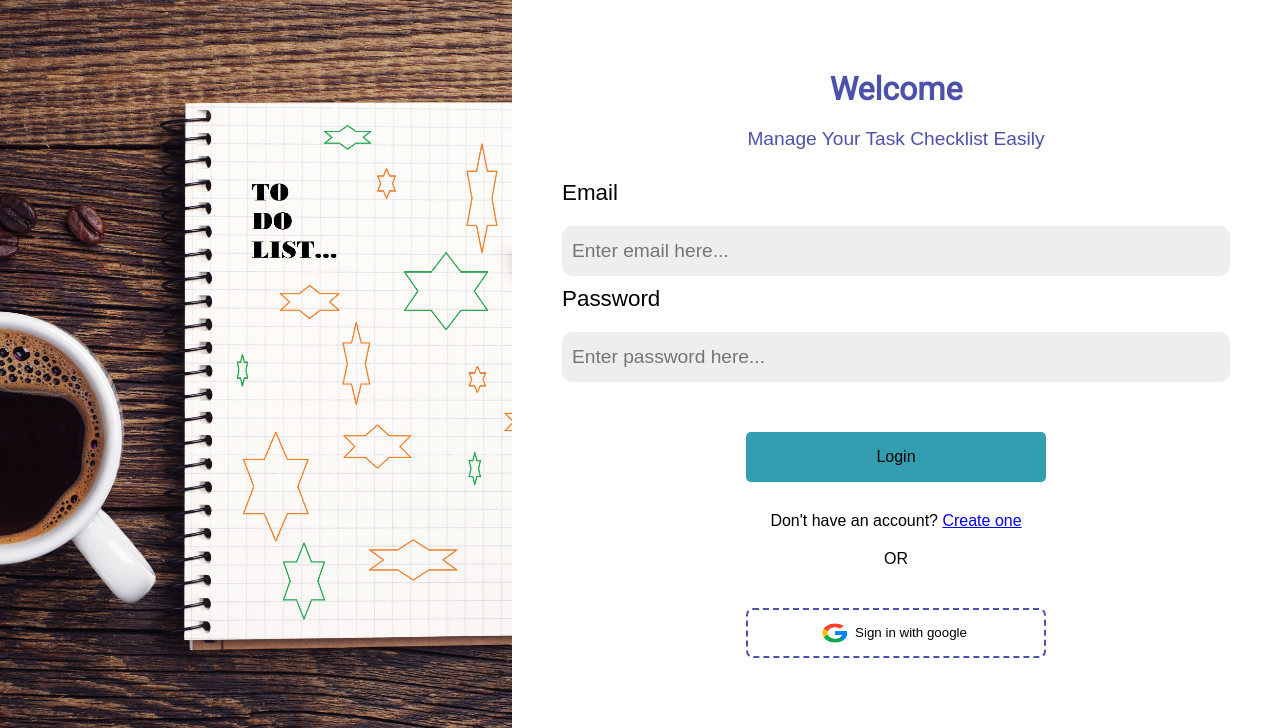
Repository: tebo27cMd/todo_App
Page: /
These files come from the project's save history. The page is drawn as it stood at one moment and after a run of saves; the edit follows.
The browser window is 1280 px wide. The pictures show the whole page.
The project was rebuilt for these pictures with package versions that can differ from the ones it lists, and the page was loaded fresh each time. Also part of the build but not shown: src/Pages/SignInPage.jsx, src/Pages/HomePage.jsx.

Above is the page before, as saved 2022-08-23 09:50:57.

### src/App.js
import React, {useState, useEffect} from 'react';
import './App.css';
import LoginPage from './Pages/LoginPage';
import SignInPage from './Pages/SignInPage';
import HomePage from './Pages/HomePage';

import {BrowserRouter as Router,Routes,Route,Link} from "react-router-dom";

//import {collection, getDocs, getDoc, doc, deleteDoc} from 'firebase/firestore'







function App() {


  const [tasks, setTasks] = useState([]);

  const addTasks = ((task, priorityType)=>{
    setTasks((tasks)=>[...tasks, {
      task:task,
      priorityType:priorityType
    }])

    console.log(tasks);
  })
  return (
    <div className="App">

      <Router>
      <Routes>
        <Route exact path="/" element = {<LoginPage/>}></Route>
        <Route path="/SignInPage" element = {<SignInPage/>}></Route>
        <Route exact path="/HomePage" element = {<HomePage/>}></Route>
      </Routes>
    </Router>

    </div>
  );
}

export default App;

### src/App.css
* {
  box-sizing: border-box;
  margin: 0;
  padding: 0;
  font-family: 'Times New Roman', Times, serif;
}

### src/Pages/LoginPage.jsx
import React, { useState } from 'react'

import './LoginPage.css';
import google from '../image/g-login.jpg'
import {Link} from 'react-router-dom'
import { signInWithEmailAndPassword} from 'firebase/auth'
import { auth } from "../Config-file/firebase";
import { useNavigate } from 'react-router-dom';


const LoginPage = () => {

  const [email, setEmail] = useState('');
  const [password, setPassword] = useState('');

  let history = useNavigate();

const SignInPage = (()=>{
  signInWithEmailAndPassword(auth, email, password).then(()=>{

      history("/HomePage");
  }).catch((error)=>{
    console.log(error);
  })
})



  return (
    <div className='LoginPage'>

        <aside></aside>

        <section>
            <h1 className='welcome'>Welcome</h1>

            <p className='paragraph1'>Manage Your Task Checklist Easily</p>

            <div className='input-control'>
                    <label htmlFor="email">Email</label>
                    <input type="email"  placeholder='Enter email here...'
                    onChange={(e)=> setEmail(e.target.value)}/>
            </div>

            <div className='input-control'>
                    <label htmlFor="password">Password</label>
                    <input type="password"  placeholder='Enter password here...'
                    onChange={(e)=> setPassword(e.target.value)}/>
            </div>

            <button className='lgnBtn' onClick={SignInPage}>Login</button>

            <p className='create'>Don't have an account? <span><Link to={"/SignInPage"}>Create one</Link></span></p>

            <h1 className='or'>OR</h1>

            <button className='signBtn'><div className='logo'><img src={google} alt="" /><span><div>Sign in with google</div></span></div></button>




        </section>

    </div>
  )
}

export default LoginPage;

### src/Pages/LoginPage.css
@import url("https://fonts.googleapis.com/css?family=Roboto&display=swap");
:root
{
    --btnGreen: #339eb1;
    --beige: beige;

}

.LoginPage{
    display: grid;
    grid-template-columns: 40% 60%;
    width: 100vw;
    height: 100vh;
    font-family:'Roboto' ;
}

.LoginPage aside{
    background: url(../Images/Ado.jpeg);
    background-size: cover;
}

.LoginPage section{
    display: flex;
    flex-direction: column;
    justify-content: center;
    align-items: center;
    padding: 50px;

}

.LoginPage .welcome{
    margin-top: 20px;
    margin-bottom: 20px;
    font-weight: bolder;
    font-size: 2em;
    font-family:'Roboto' ;
    color: #4c52ac;
}

.LoginPage .paragraph1{
    margin-bottom: 20px;
    font-size: 1.2em;
    color: #4c52ac;
}

.LoginPage .input-control{
    display: flex;
    flex-direction: column;
    align-self: flex-start;
    width: 100%;

}

.LoginPage .input-control label{
    margin-top: 10px;
    margin-bottom: 10px;
    font-size: 1.4em;

}

.LoginPage .input-control input{
    font-size: 1.2em;
    height: 50px;
    padding: 20px 10px 20px 10px;
    margin-top: 10px;
    border: none;
    border-radius: 10px;
    width: 100%;
    background-color: #eee;

}

.LoginPage button{
    width: 300px;
    height: 50px;

}
.LoginPage button:hover{
   background-color:white;

}
.LoginPage .lgnBtn{
    margin-top: 50px;
    border-radius: 5px;
    border: none;
    background-color: var(--btnGreen);
    font-size: 1em;
    cursor: pointer;
}

.LoginPage .create{

    margin-top: 30px;
}


Link{
    color: var(--btnGreen);
}

.LoginPage .or{
    font-weight: lighter;
    font-size: 1em;
    margin: 20px;
}

.LoginPage .signBtn{

    margin: 20px;
    padding-right: 20px;
    border-radius: 5px;
    border-color: #4c52ac;
    border-style:dashed;
    cursor: pointer;
    background-color: white;
    border-radius: 7px;


}

.logo{
    display: flex;
    flex-direction: row;
    justify-content: center;

}

.logo img{
    width: 50px;
    height: 30px;
    padding-left: 10px;
}

.logo span{
    padding-top: 7px;
}

### src/Config-file/firebase.js
// Import the functions you need from the SDKs you need
import { initializeApp } from "firebase/app";
import { getFirestore } from "@firebase/firestore";
import {getAuth} from 'firebase/auth';

const firebaseConfig = {
  apiKey: "AIzaSyB44VhlyOGLme-EDCUVNbbB2UbazBO3qIY",
  authDomain:  "todo-433b6.firebaseapp.com",
  projectId:"todo-433b6",
  storageBucket: "todo-433b6.appspot.com",
  messagingSenderId: "23893463738",
  appId:"1:23893463738:web:7b7d1fefeddfc1abce6883",
  measurementId: "G-QQNBP66G32"
};

// Initialize Firebase
const app = initializeApp(firebaseConfig);
const db = getFirestore(app);
const auth = getAuth(app);
export  {auth, db};

### src/css/HomePage.css


*{
    box-sizing:border-box;
    margin: 0;
    padding: 0;
    font-family: sans-serif;
}


.topPart{
    display: flex;
    justify-content: space-between;
    margin: 10px 80px;
    border-bottom: 2px solid black;

}

.topPart button{
    width: 100px;
    margin:0px 20px 5px 0px;
    border-radius: 5px;
    border: none;
    background-color: #33b18d;
    cursor: pointer;
    color: white;
    font-size: 1.2em;

}
.topPart img {
    height: 20px;
}

.topPart button:hover{
    background-color: rgba(245, 27, 27, 0.815);
    color: black;
}

.bottomPart{
    display: flex;
    flex-direction: column;
    justify-content: center;
    align-items: center;
    margin-top: 80px;
}

.bottomPart input{
    margin-right: 10px;
    height: 30px;
    width: 500px;
    padding-left: 20px;
    border: none;
    background-color: #eee;
    border-radius: 5px;

}

.bottomPart select{
    margin-right: 10px;
    height: 30px;
    width: 100px;
    border: none;
    background-color: #33b18d;
    border-radius: 5px;
}

.bottomPart button{
    height: 40px;
    width: 40px;
    border-radius: 50px;
    border: none;
    color: #eee;
    font-size: 1.6em;
    background-color: #33b18d;
    cursor: pointer;

}

.bottomPart button:hover{
    background-color: #776e7625;
    color: black;
}

.input-fields {
    display: flex;
    align-items: center;
}



/* Task list*/


.task-list{
    width: 600px;
    margin-right: 60px;
}

.item{
    display: flex;
    text-align: center;
    justify-content: space-between;
    padding: 10px;
    border-radius: 5px;
    border: none;
    box-shadow: 2px 2px 5px .5px grey;

}
.items{
    padding: 5px 0;
}

.item button{
    border: none;
    border-radius: 50px;
    width: 80px;
    height: 40px;
    background-color:white;
    font-size: 20px;
    cursor: pointer;

}


.tick img{
    width: 40px;

}

Loaded but not shown: public/index.html (common file); src/index.js (common file); src/reportWebVitals.js (common file)

After the next 2 saves:
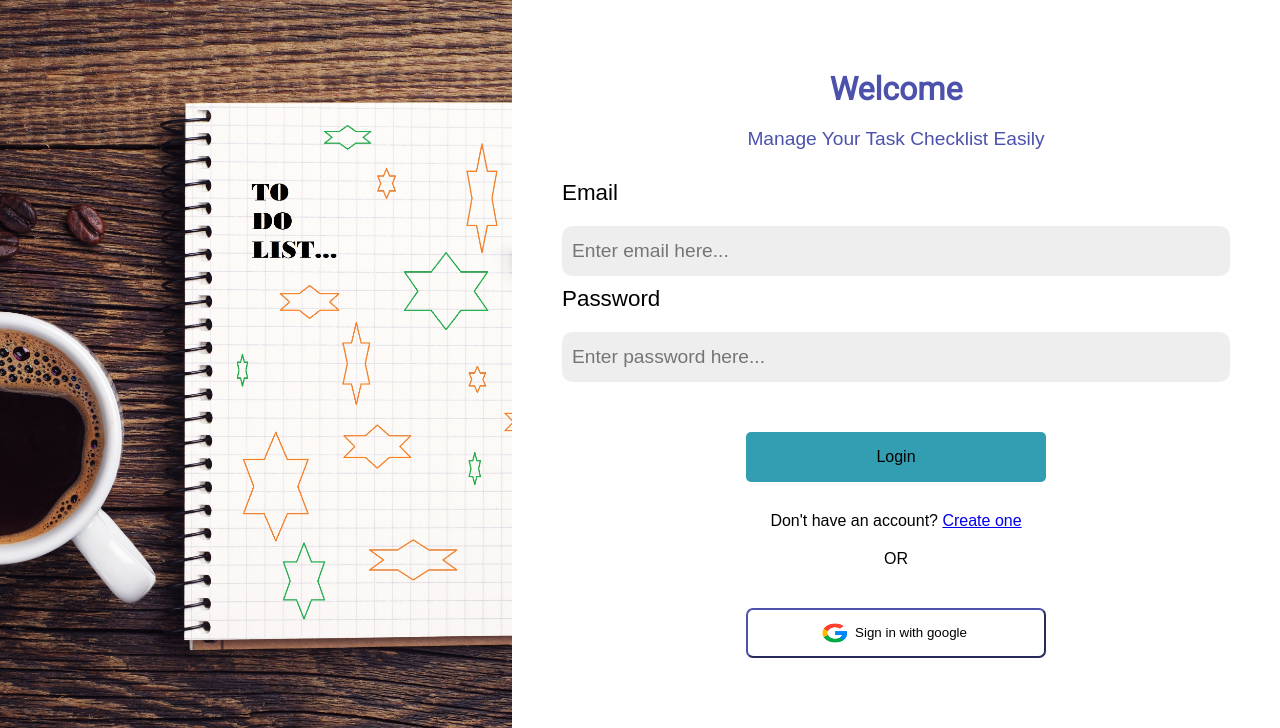
The 2 saves are shown as one change because they came seconds apart.
The last was saved 7 s later.
--- a/src/Pages/LoginPage.css
+++ b/src/Pages/LoginPage.css
@@ -110,7 +110,7 @@ Link{
     padding-right: 20px;
     border-radius: 5px;
     border-color: #4c52ac;
-    border-style:dashed;
+    border-style:d;
     cursor: pointer;
     background-color: white;
     border-radius: 7px;
